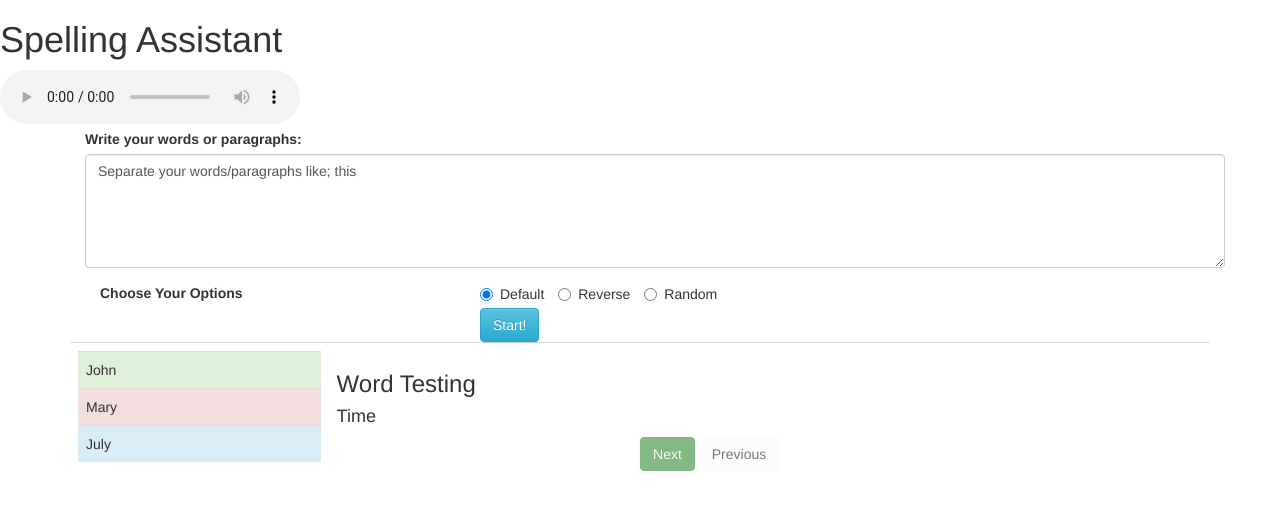
Repository: derruba2000/spelling.assistant
Page: index.html
The author's editor kept a record of every edit. The page is drawn from the files as they stood at one moment, then again after the next edit.
The browser window is 1280 px wide. The pictures show the whole page.
Some web libraries are served in a nearby version.

Above is the page before.
Console error: SyntaxError: Unexpected token '<'

After the next edit:
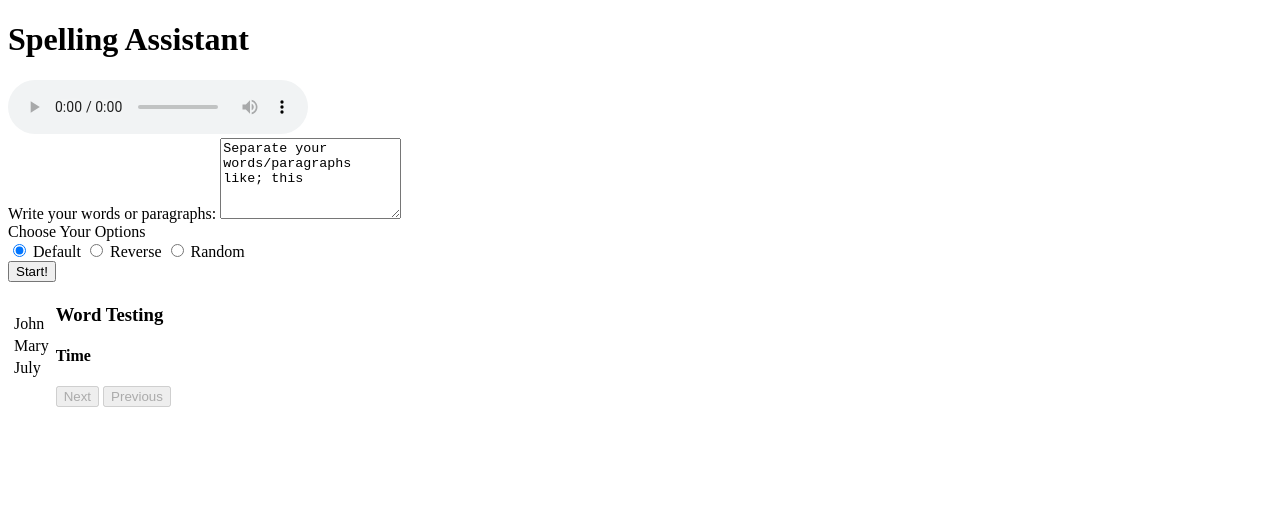
The edit:
--- a/index.html
+++ b/index.html
@@ -7,8 +7,8 @@
     <meta name="viewport" content="width=device-width, initial-scale=1">
     <title>Spelling Assistant</title>
 
-    <link rel="stylesheet" href="https://maxcdn.bootstrapcdn.com/bootstrap/3.3.4/css/bootstrap.min.css">
-    <link rel="stylesheet" href="https://maxcdn.bootstrapcdn.com/bootstrap/3.3.4/css/bootstrap-theme.min.css">
+    <!--<link rel="stylesheet" href="https://maxcdn.bootstrapcdn.com/bootstrap/3.3.4/css/bootstrap.min.css">-->
+    <!--<link rel="stylesheet" href="https://maxcdn.bootstrapcdn.com/bootstrap/3.3.4/css/bootstrap-theme.min.css">-->
 
 
 </head>
